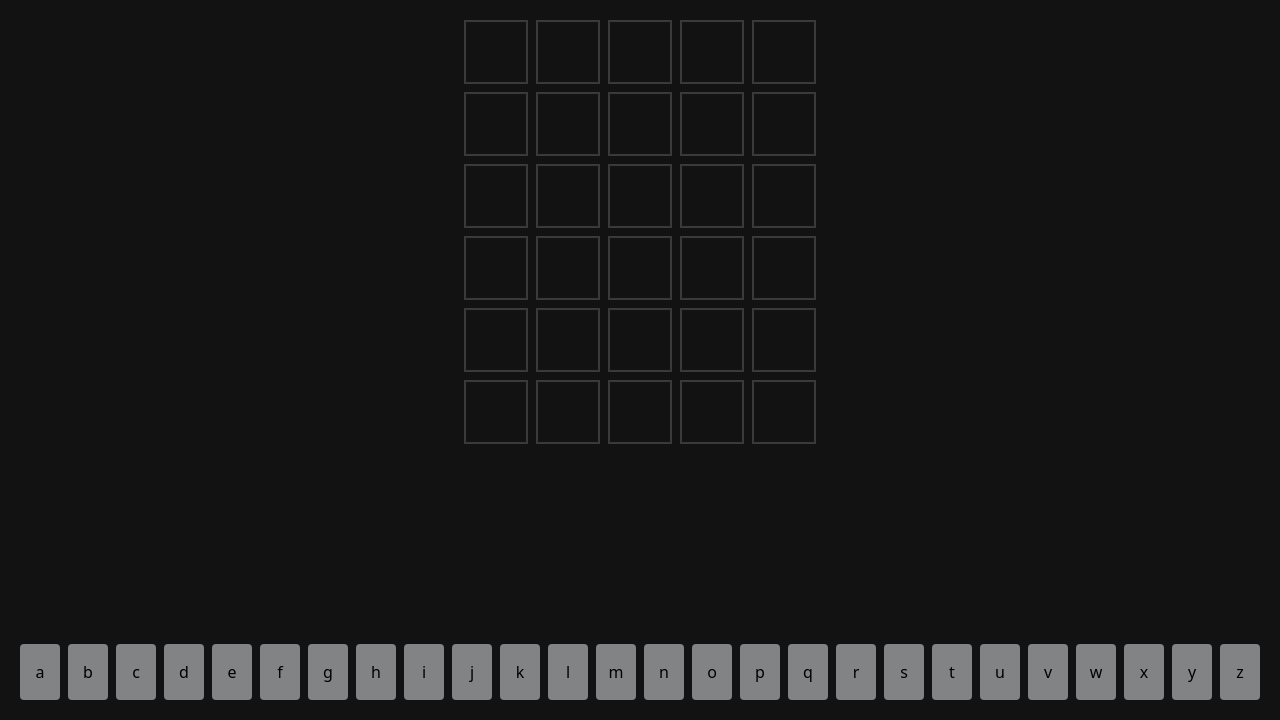
Repository: maxempolk/wordle-app
Page: / (app in frontend/)
The author's editor kept a copy of each file at every save. The page is drawn from the files as they stood at one save, then again after the next save.
The browser window is 1280 px wide. The pictures show the whole page.
The project was rebuilt for these pictures with package versions that can differ from the ones it lists, and the page was loaded fresh each time. Also part of the build but not shown: frontend/vite.config.ts.

Above is the page before, as saved 2025-02-19 03:17:08.

After the next save:
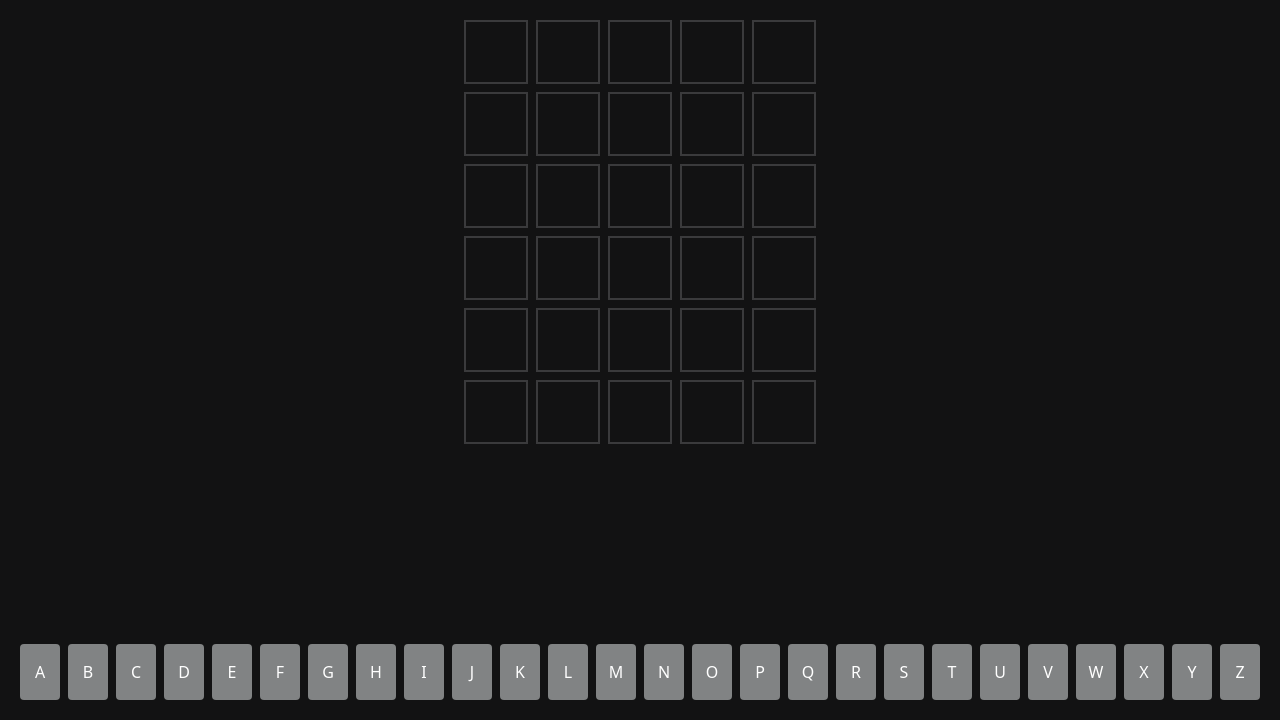
Saved 14 s later.
--- a/frontend/src/components/TheKeyboard.vue
+++ b/frontend/src/components/TheKeyboard.vue
@@ -5,7 +5,7 @@ const alph = 'abcdefghijklmnopqrstuvwxyz'
 <template>
   <div class="flex gap-2">
     <div
-      class="bg-[#818384] h-14 w-10 rounded-sm flex justify-center items-center"
+      class="bg-[#818384] h-14 w-10 rounded-sm flex justify-center items-center uppercase text-white"
       v-for="char in alph"
       :key="char"
     >
